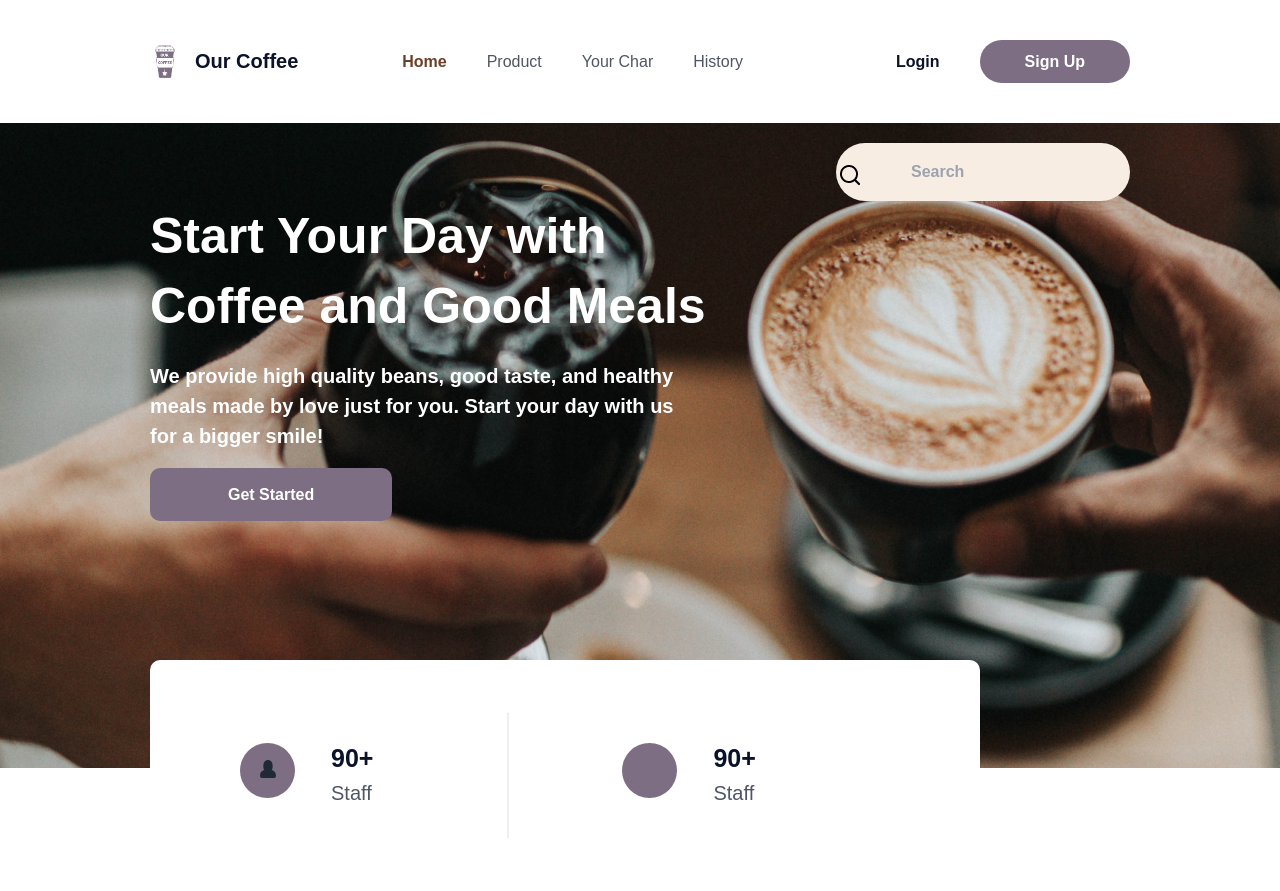
Repository: boykebn/fw12-collab2-FRONTEND
Page: / (app in our/)
An editor plug-in stored every save of this project. The page is shown before and after the next save, followed by the edit.
The browser window is 1280 px wide. The pictures show the whole page.
The project was rebuilt for these pictures with package versions that can differ from the ones it lists, and the page was loaded fresh each time. The framework's server and built-in components were replaced by stand-ins that run in the browser. Also part of the build but not shown: our/next.config.js.

Above is the page before, as saved 2022-12-30 22:12:58.

After the next save:
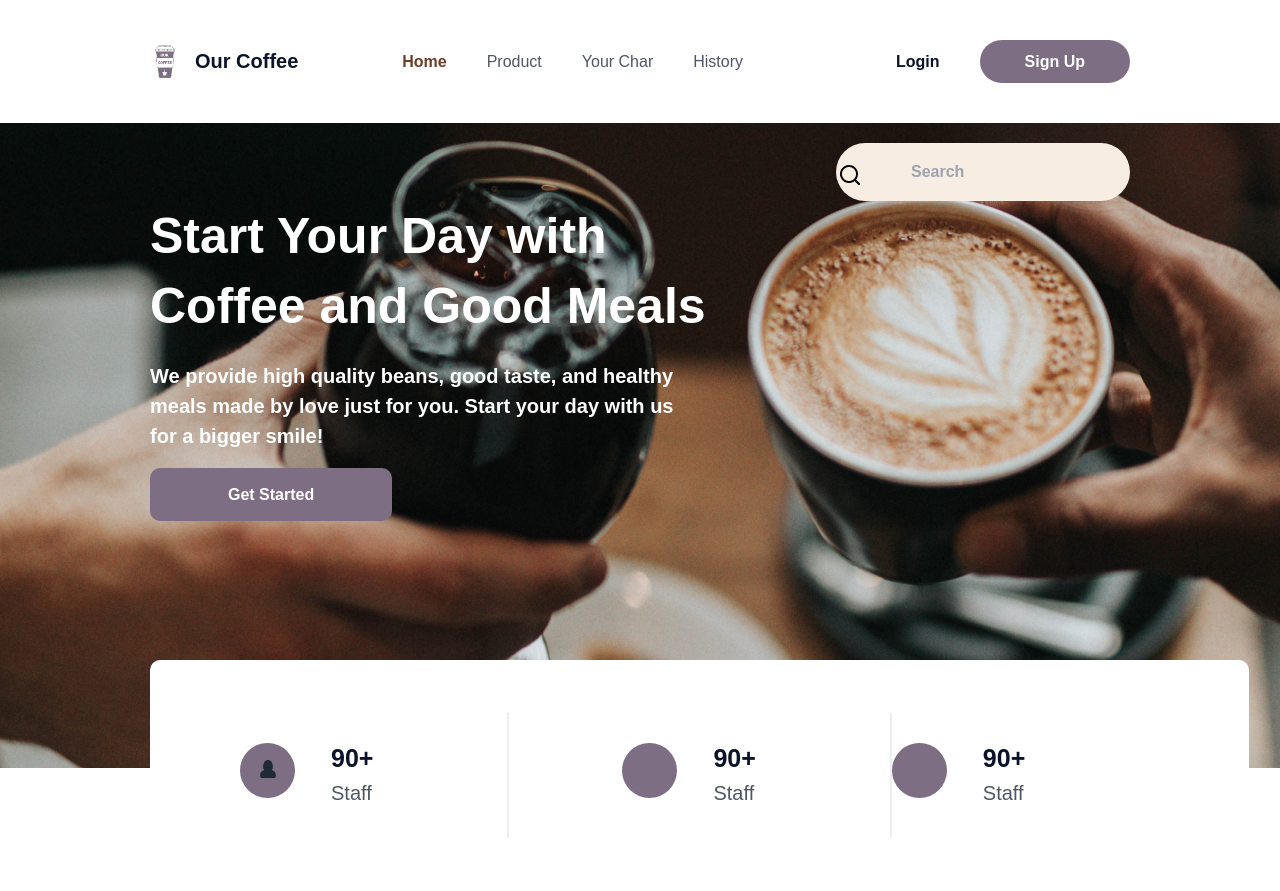
Saved 33 s later.
--- a/our/pages/index.js
+++ b/our/pages/index.js
@@ -66,6 +66,17 @@ export default function Home() {
             <p className="text-[#4F5665] text-[20px] leading-[30px]">Staff</p>
           </div>
         </div>
+        <hr className="bg-[#EEEFF2] w-[2px] h-[125px]" />
+        <div className="flex">
+          <div className="mr-[36px]">
+            <MdLocationOn className="w-[16px] h-[18px] absolute left-[110px] top-[100px]" />
+            <div className="border-1 bg-[#7d6e83] w-[55px] h-[55px] rounded-[50%] \"></div>
+          </div>
+          <div className="mr-[134px]">
+            <p className="text-[#0B132A] text-[25px] font-bold leading-[30px] mb-[5px]">90+</p>
+            <p className="text-[#4F5665] text-[20px] leading-[30px]">Staff</p>
+          </div>
+        </div>
       </div>
     </div>
   );
